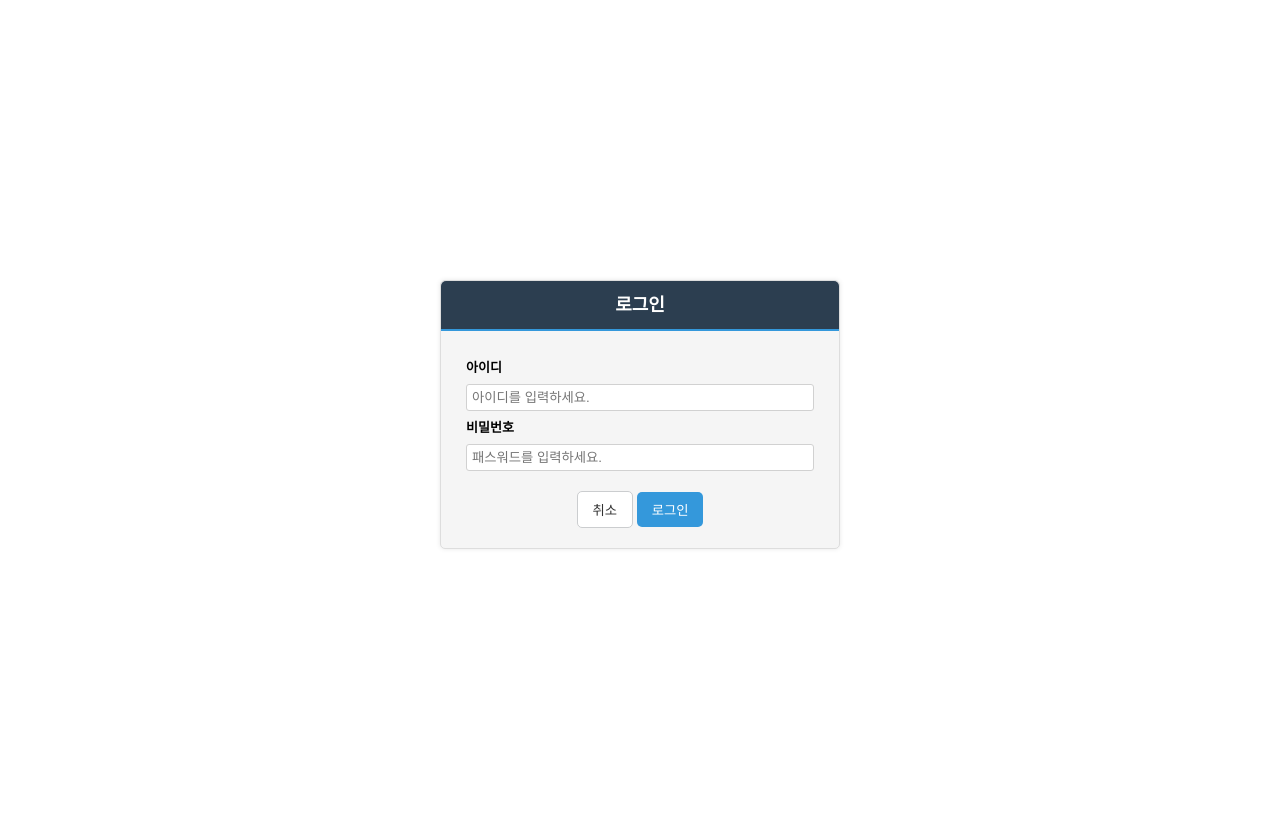
Repository: brotherdoor/shiba
Page: http://localhost/HumanResource_templete/views/login.jsp
These files come from the project's save history. The page is drawn as it stood at one moment and after the next save; the edit follows.
The browser window is 1280 px wide. The pictures show the whole page.
The page is served by Tomcat 9.

Above is the page before, as saved 2017-02-27 00:28:30.

After the next save:
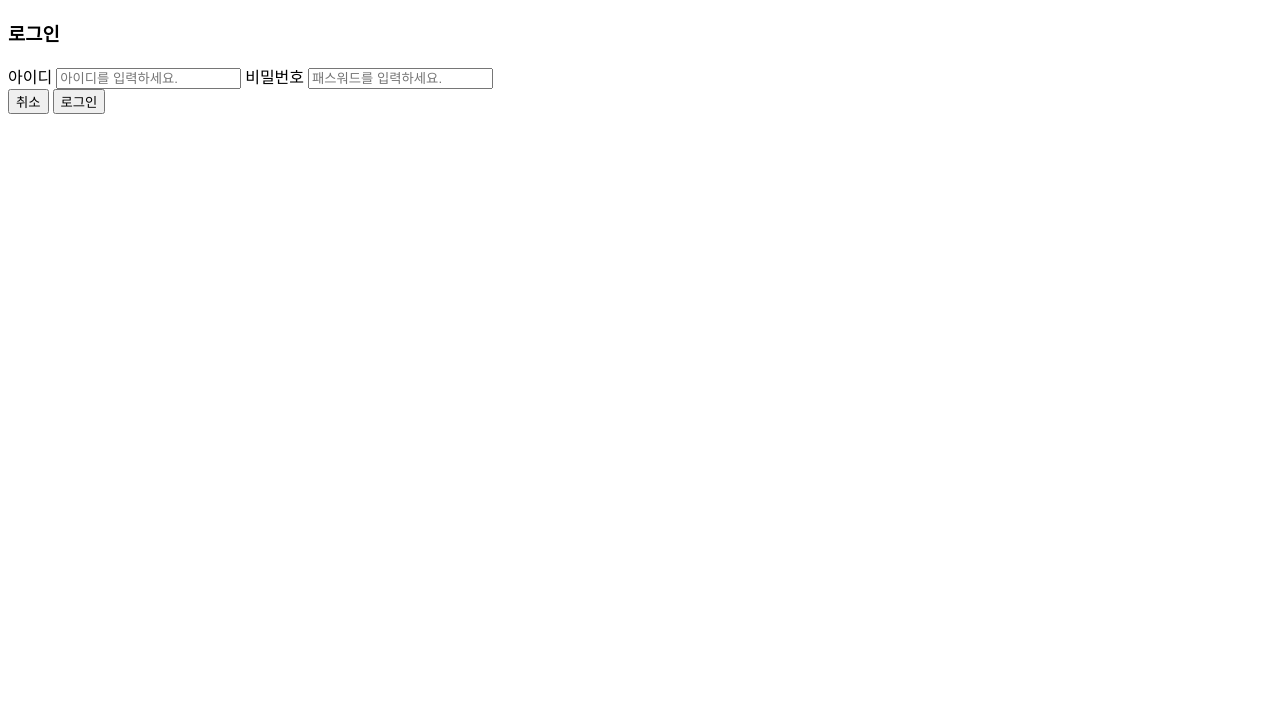
Saved 3 min 54 s later.
--- a/jsp/HumanResource_templete/WebContent/views/login.jsp
+++ b/jsp/HumanResource_templete/WebContent/views/login.jsp
@@ -5,8 +5,8 @@
 <head>
     <meta charset="utf-8">
     <title>로그인</title>
-    <link rel="stylesheet" href="style/css/reset.css">
-    <link rel="stylesheet" href="style/css/style.css">
+    <link rel="stylesheet" href="../style/css/reset.css">
+    <link rel="stylesheet" href="../style/css/style.css">
 </head>
 <body>
 <div class="login-wrap">
